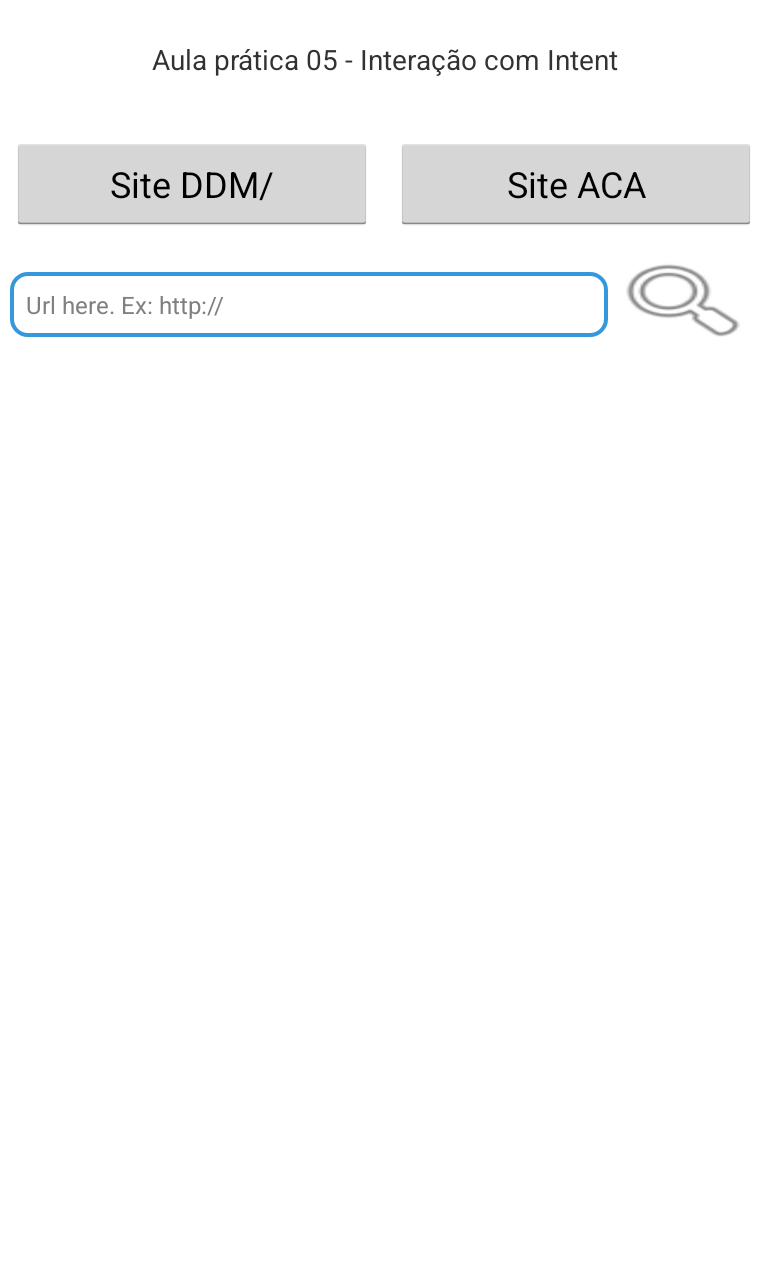
Repository: gokugohan/ddm
Layout: Aulas/res/layout/fragment_aula05.xml
An editor plug-in stored every save of this project. The layout is shown before and after the next save, followed by the edit.
It is drawn on a 768 x 1280 px phone screen (xhdpi) without system bars, with theme AppTheme; the app's code is not run.

Above is the layout before, as saved 2014-11-03 14:03:20.

### Aulas/res/layout/fragment_aula05.xml
<?xml version="1.0" encoding="utf-8"?>
<LinearLayout xmlns:android="http://schemas.android.com/apk/res/android"
    android:layout_width="match_parent"
    android:layout_height="match_parent"
    android:orientation="vertical" >

    <TextView
        android:id="@+id/id_tv_about_app_aula_cinco"
        android:layout_width="match_parent"
        android:layout_height="wrap_content"
        android:layout_marginBottom="24dp"
        android:layout_marginTop="20dp"
        android:gravity="center"
        android:text="@string/str_about_app_aula_cinco" />

    <LinearLayout
        android:layout_width="match_parent"
        android:layout_height="wrap_content"
        android:orientation="horizontal"
        android:weightSum="2" >

        <Button
            android:id="@+id/id_btn_site1"
            android:layout_width="0dp"
            android:layout_height="wrap_content"
            android:layout_margin="5dp"
            android:layout_weight="1"
            android:text="@string/str_site1" />

        <Button
            android:id="@+id/id_btn_site2"
            android:layout_width="0dp"
            android:layout_height="wrap_content"
            android:layout_margin="5dp"
            android:layout_weight="1"
            android:text="@string/str_site2" />
    </LinearLayout>

    <LinearLayout
        android:layout_width="match_parent"
        android:layout_height="wrap_content"
        android:layout_margin="5dp"
        android:orientation="horizontal" >

        <EditText
            android:id="@+id/id_et_url"
            android:layout_width="0dp"
            android:layout_height="wrap_content"
            android:layout_weight="2"
            android:background="@drawable/custom_edittext"
            android:hint="@string/str_hint_url"
            android:inputType="textNoSuggestions"
            android:textSize="12sp" />

        <Button
            android:id="@+id/id_btn_site3"
            android:layout_width="0dp"
            android:layout_height="wrap_content"
            android:layout_weight="0.5"
            android:background="@android:drawable/ic_menu_search" />
    </LinearLayout>

</LinearLayout>

### Aulas/res/values/strings.xml
<?xml version="1.0" encoding="utf-8"?>
<resources>

    <string name="app_name">Aulas</string>
    <string name="aula01">Aula 01</string>
    <string name="aula02">Aula 02</string>
    <string name="Aula03">Aula 03</string>
    <string name="Aula04">Aula 04</string>
    <string name="Aula05">Aula 05</string>
    <string name="Aula06">Aula 06</string>
    <string name="Aula07">Aula 07</string>
    <string name="Aula08">Aula 08</string>
    <string name="Aula09">Aula 09</string>
    <string name="Aula10">Aula 10</string>
    <string name="navigation_drawer_open">Open navigation drawer</string>
    <string name="navigation_drawer_close">Close navigation drawer</string>
    <string name="action_example">Example action</string>
    <string name="action_settings">Settings</string>
    <string name="fragment_aula_02">Fragment Aula 02</string>
    <string name="static_class_util_message_toast">Static Class Util Message Toast</string>
    <string name="str_about_app">This app helps you to turn on/off some services</string>
    <string name="str_btn_wifi">Here will appear what\n the button does</string>
    <string name="str_put_wifi_on">Turn wifi service ON</string>
    <string name="str_put_wifi_of">Turn wifi service OF</string>
    <string name="str_info_wifi_on_fails">You requested to turn wifi ON, but it FAILED</string>
    <string name="str_info_wifi_off_fails">You requested to turn wifi OFF, but it FAILED</string>
    <string name="str_info_wifi_on_success">Wifi was OFF and it is now ON</string>
    <string name="str_info_wifi_off_success">Wifi was ON and it is now OF</string>
    <string name="str_info_device_has_no_wifi_feature">Your device reports it has NO wifi feature</string>
    <string name="str_btn_bluetooth">Turn on Bluetooth device</string>
    <string name="str_put_bluetooth_on">Turn Bluetooth service ON</string>
    <string name="str_put_bluetooth_of">Turn Bluetooth service OF</string>
    <string name="str_info_bluetooth_on_fails">You requested to turn Bluetooth ON, but it FAILED</string>
    <string name="str_info_bluetooth_off_fails">You requested to turn Bluetooth OFF, but it FAILED</string>
    <string name="str_info_bluetooth_on_success">Bluetooth was OFF and it is now ON</string>
    <string name="str_info_bluetooth_off_success">Bluetooth was ON and it is now OF</string>
    <string name="str_info_bluetooth_already_on">Bluetooth already ON</string>
    <string name="str_info_device_has_no_bluetooth_feature">Your device reports it has NO bluetooth feature</string>
    <string name="str_info">Touch and hold on a color to change it</string>
    <string name="str_nw">NE corner / Upper-right corner</string>
    <string name="str_ne">NW corner / Upper-left corner</string>
    <string name="str_sw">SE corner / Down-right corner</string>
    <string name="str_se">sw corner / Down-left corner</string>
    <string name="str_color_red">Red</string>
    <string name="str_color_yellow">Yellow</string>
    <string name="str_color_blue">Blue</string>
    <string name="str_color_green">Green</string>
    <string name="str_color_magenta">Magenta</string>
    <string name="str_color_black">Black</string>
    <string name="str_color_white">White</string>
    <string name="str_color_unknown">Unknown</string>
    <string name="str_dialog_title">Escolha uma cor</string>
    <string name="str_cancel_button">Cancelar</string>
    <string name="title_activity_aula05">Aula05Activity</string>
    <string name="hello_world">Hello world!</string>

    <string name="str_about_app_aula_cinco">Aula prática 05 - Interação com Intent</string>
    <string name="str_site1">Site DDM/</string>
    <string name="str_site2">Site ACA</string>

    <string name="str_address_site1">http://arturmarques.com/edu/ddm/</string>
    <string name="str_address_site2">http://arturmarques.com/edu/aca/</string>

    <string name="str_hint_url">Url here. Ex: http://</string>

</resources>

### Aulas/res/drawable/custom_edittext.xml
<?xml version="1.0" encoding="utf-8"?>
<shape xmlns:android="http://schemas.android.com/apk/res/android" >

    <corners
        android:radius="8dp"
        />

    <stroke android:width="2dp"
        android:color="#3498db"/>

     <padding
        android:bottom="8dp"
        android:left="8dp"
        android:right="8dp"
        android:top="8dp" />
</shape>

### Aulas/res/color/seletor.xml
<?xml version="1.0" encoding="utf-8"?>
<selector xmlns:android="http://schemas.android.com/apk/res/android">

    <item android:state_pressed="true"
          android:color="#ffff0000"/> <!-- pressed -->
    <item android:state_focused="true"
          android:color="#ff0000ff"/> <!-- focused -->
    <item android:color="#ff000000"/> <!-- default -->

</selector>

Loaded but not shown: Aulas/res/values/styles.xml (common file); Aulas/res/values-v11/styles.xml (common file); Aulas/res/values-v14/styles.xml (common file)

After the next save:
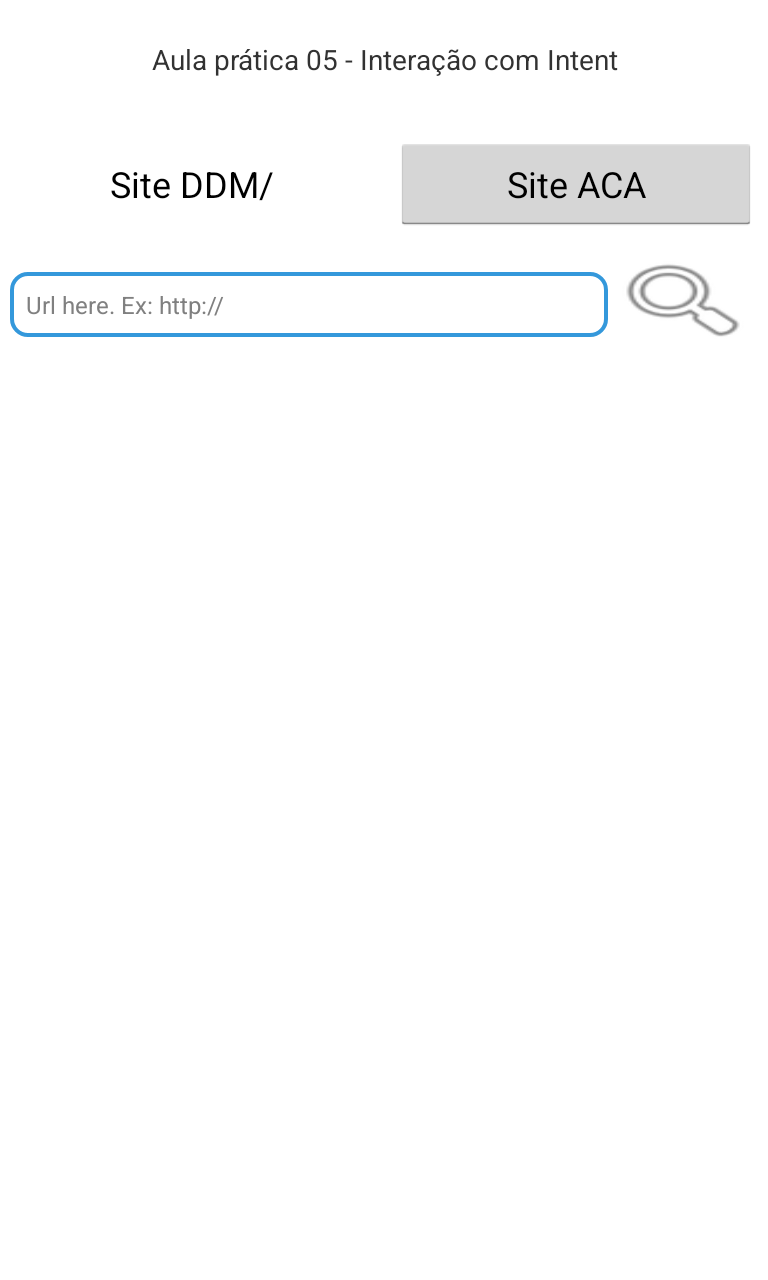
Saved 28 s later.
--- a/Aulas/res/layout/fragment_aula05.xml
+++ b/Aulas/res/layout/fragment_aula05.xml
@@ -25,6 +25,7 @@
             android:layout_height="wrap_content"
             android:layout_margin="5dp"
             android:layout_weight="1"
+            android:background="@color/seletor"
             android:text="@string/str_site1" />
 
         <Button
